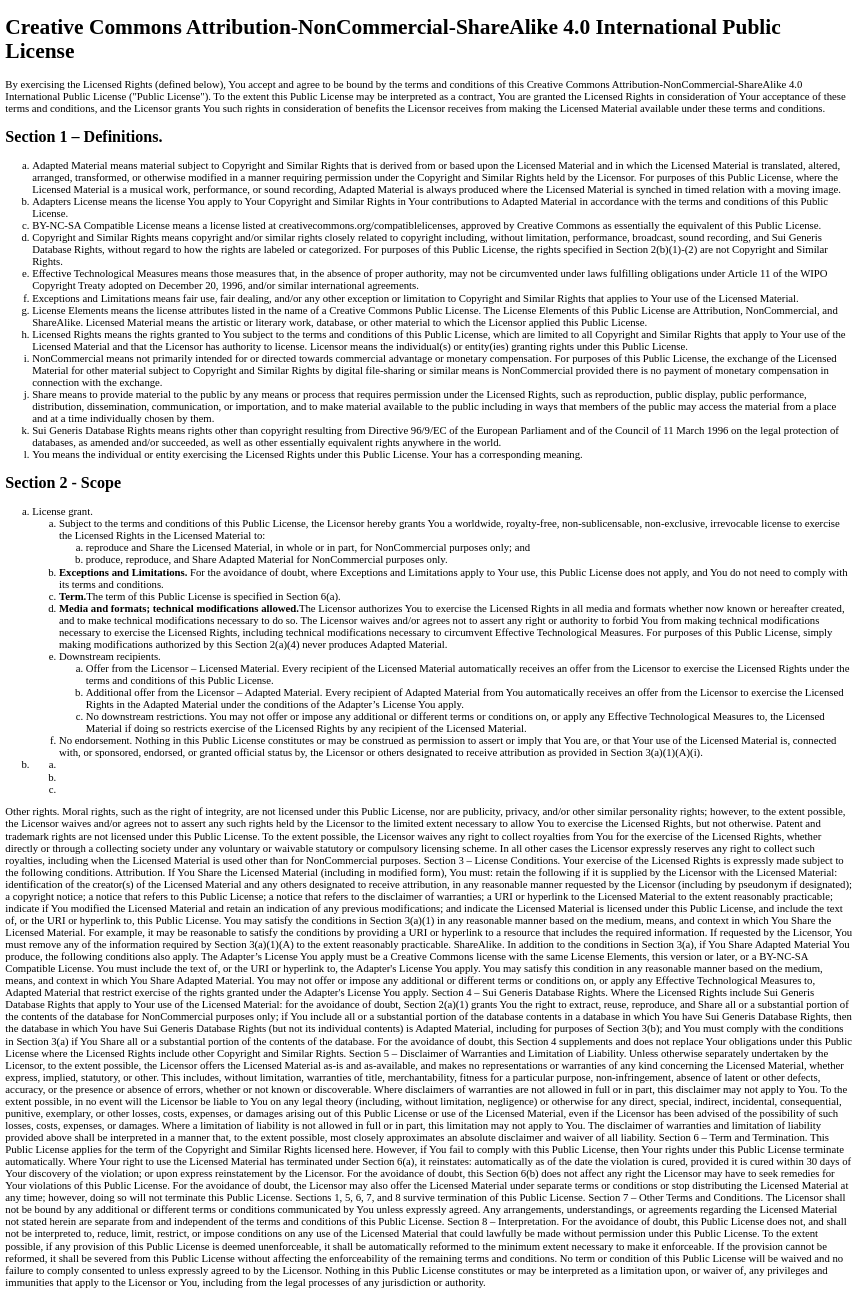
Repository: Team-Ikigami/Ascendance
Page: LICENSE-CC BY-NC-SA.html
These files come from the project's save history. The page is drawn as it stood at one moment and after the next save; the edit follows.
The browser window is 1280 px wide. The pictures show the whole page, at 67% of full size.

Above is the page before, as saved 2021-12-12 01:28:53.

### LICENSE-CC BY-NC-SA.html
<!DOCTYPE html>
<html lang="en">
<head>
	<meta charset="UTF-8">
	<meta http-equiv="X-UA-Compatible" content="IE=edge">
	<meta name="viewport" content="width=device-width, initial-scale=1.0">
	<title>LICENSE-CC BY-NC-SA</title>
	<style type="text/css">
		ol { list-style-type: lower-alpha; }
		#center { text-align: center; }
	</style>
</head>
<body>
	<h1 class="center">Creative Commons Attribution-NonCommercial-ShareAlike 4.0 International Public License</h1>
	<p>
		By exercising the Licensed Rights (defined below), You accept and agree to be bound by the terms and conditions of this Creative Commons Attribution-NonCommercial-ShareAlike 4.0 International Public License ("Public License"). To the extent this Public License may be interpreted as a contract, You are granted the Licensed Rights in consideration of Your acceptance of these terms and conditions, and the Licensor grants You such rights in consideration of benefits the Licensor receives from making the Licensed Material available under these terms and conditions.
	</p>
	<h2 class="center">Section 1 – Definitions.</h2>
	<ol>
		<li>
			Adapted Material means material subject to Copyright and Similar Rights that is derived from or based upon the Licensed Material and in which the Licensed Material is translated, altered, arranged, transformed, or otherwise modified in a manner requiring permission under the Copyright and Similar Rights held by the Licensor. For purposes of this Public License, where the Licensed Material is a musical work, performance, or sound recording, Adapted Material is always produced where the Licensed Material is synched in timed relation with a moving image.
		</li>
		<li>
			Adapters License means the license You apply to Your Copyright and Similar Rights in Your contributions to Adapted Material in accordance with the terms and conditions of this Public License.
		</li>
		<li>
			BY-NC-SA Compatible License means a license listed at creativecommons.org/compatiblelicenses, approved by Creative Commons as essentially the equivalent of this Public License.
		</li>
		<li>
			Copyright and Similar Rights means copyright and/or similar rights closely related to copyright including, without limitation, performance, broadcast, sound recording, and Sui Generis Database Rights, without regard to how the rights are labeled or categorized. For purposes of this Public License, the rights specified in Section 2(b)(1)-(2) are not Copyright and Similar Rights.
		</li>
		<li>
			Effective Technological Measures means those measures that, in the absence of proper authority, may not be circumvented under laws fulfilling obligations under Article 11 of the WIPO Copyright Treaty adopted on December 20, 1996, and/or similar international agreements.
		</li>
		<li>
			Exceptions and Limitations means fair use, fair dealing, and/or any other exception or limitation to Copyright and Similar Rights that applies to Your use of the Licensed Material.
		</li>
		<li>
			License Elements means the license attributes listed in the name of a Creative Commons Public License. The License Elements of this Public License are Attribution, NonCommercial, and ShareAlike.
			Licensed Material means the artistic or literary work, database, or other material to which the Licensor applied this Public License.
		</li>
		<li>
			Licensed Rights means the rights granted to You subject to the terms and conditions of this Public License, which are limited to all Copyright and Similar Rights that apply to Your use of the Licensed Material and that the Licensor has authority to license.
			Licensor means the individual(s) or entity(ies) granting rights under this Public License.
		</li>
		<li>
			NonCommercial means not primarily intended for or directed towards commercial advantage or monetary compensation. For purposes of this Public License, the exchange of the Licensed Material for other material subject to Copyright and Similar Rights by digital file-sharing or similar means is NonCommercial provided there is no payment of monetary compensation in connection with the exchange.
		</li>
		<li>
			Share means to provide material to the public by any means or process that requires permission under the Licensed Rights, such as reproduction, public display, public performance, distribution, dissemination, communication, or importation, and to make material available to the public including in ways that members of the public may access the material from a place and at a time individually chosen by them.
		</li>
		<li>
			Sui Generis Database Rights means rights other than copyright resulting from Directive 96/9/EC of the European Parliament and of the Council of 11 March 1996 on the legal protection of databases, as amended and/or succeeded, as well as other essentially equivalent rights anywhere in the world.
		</li>
		<li>
			You means the individual or entity exercising the Licensed Rights under this Public License. Your has a corresponding meaning.
		</li>
	</ol>
	<h2>Section 2 - Scope</h2>
	<ol>
		<li>License grant.
			<ol>
				<li>Subject to the terms and conditions of this Public License, the Licensor hereby grants You a worldwide, royalty-free, non-sublicensable, non-exclusive, irrevocable license to exercise the Licensed Rights in the Licensed Material to:
					<ol>
						<li>reproduce and Share the Licensed Material, in whole or in part, for NonCommercial purposes only; and</li>
						<li>produce, reproduce, and Share Adapted Material for NonCommercial purposes only.</li>
					</ol>
				</li>
				<li><b>Exceptions and Limitations.</b> For the avoidance of doubt, where Exceptions and Limitations apply to Your use, this Public License does not apply, and You do not need to comply with its terms and conditions.</li>
				<li><b>Term.</b>The term of this Public License is specified in Section 6(a).</li>
				<li><b>Media and formats; technical modifications allowed.</b>The Licensor authorizes You to exercise the Licensed Rights in all media and formats whether now known or hereafter created, and to make technical modifications necessary to do so. The Licensor waives and/or agrees not to assert any right or authority to forbid You from making technical modifications necessary to exercise the Licensed Rights, including technical modifications necessary to circumvent Effective Technological Measures. For purposes of this Public License, simply making modifications authorized by this Section 2(a)(4) never produces Adapted Material.</li>
				<li>
					Downstream recipients.
					<ol>
						<li>
							Offer from the Licensor – Licensed Material. Every recipient of the Licensed Material automatically receives an offer from the Licensor to exercise the Licensed Rights under the terms and conditions of this Public License.
						</li>
						<li>
							Additional offer from the Licensor – Adapted Material. Every recipient of Adapted Material from You automatically receives an offer from the Licensor to exercise the Licensed Rights in the Adapted Material under the conditions of the Adapter’s License You apply.
						</li>
						<li>
							No downstream restrictions. You may not offer or impose any additional or different terms or conditions on, or apply any Effective Technological Measures to, the Licensed Material if doing so restricts exercise of the Licensed Rights by any recipient of the Licensed Material.
						</li>
					</ol>
				</li>
				<li>
					No endorsement. Nothing in this Public License constitutes or may be construed as permission to assert or imply that You are, or that Your use of the Licensed Material is, connected with, or sponsored, endorsed, or granted official status by, the Licensor or others designated to receive attribution as provided in Section 3(a)(1)(A)(i).
				</li>
			</ol>
		</li>
		<li>
			<ol>
				<li></li>
				<li></li>
				<li></li>
			</ol>
		</li>
	</ol>
</body>
</html>
Other rights.

Moral rights, such as the right of integrity, are not licensed under this Public License, nor are publicity, privacy, and/or other similar personality rights; however, to the extent possible, the Licensor waives and/or agrees not to assert any such rights held by the Licensor to the limited extent necessary to allow You to exercise the Licensed Rights, but not otherwise.
Patent and trademark rights are not licensed under this Public License.
To the extent possible, the Licensor waives any right to collect royalties from You for the exercise of the Licensed Rights, whether directly or through a collecting society under any voluntary or waivable statutory or compulsory licensing scheme. In all other cases the Licensor expressly reserves any right to collect such royalties, including when the Licensed Material is used other than for NonCommercial purposes.
Section 3 – License Conditions.

Your exercise of the Licensed Rights is expressly made subject to the following conditions.

Attribution.

If You Share the Licensed Material (including in modified form), You must:

retain the following if it is supplied by the Licensor with the Licensed Material:
identification of the creator(s) of the Licensed Material and any others designated to receive attribution, in any reasonable manner requested by the Licensor (including by pseudonym if designated);
a copyright notice;
a notice that refers to this Public License;
a notice that refers to the disclaimer of warranties;
a URI or hyperlink to the Licensed Material to the extent reasonably practicable;
indicate if You modified the Licensed Material and retain an indication of any previous modifications; and
indicate the Licensed Material is licensed under this Public License, and include the text of, or the URI or hyperlink to, this Public License.
You may satisfy the conditions in Section 3(a)(1) in any reasonable manner based on the medium, means, and context in which You Share the Licensed Material. For example, it may be reasonable to satisfy the conditions by providing a URI or hyperlink to a resource that includes the required information.
If requested by the Licensor, You must remove any of the information required by Section 3(a)(1)(A) to the extent reasonably practicable.
ShareAlike.
In addition to the conditions in Section 3(a), if You Share Adapted Material You produce, the following conditions also apply.

The Adapter’s License You apply must be a Creative Commons license with the same License Elements, this version or later, or a BY-NC-SA Compatible License.
You must include the text of, or the URI or hyperlink to, the Adapter's License You apply. You may satisfy this condition in any reasonable manner based on the medium, means, and context in which You Share Adapted Material.
You may not offer or impose any additional or different terms or conditions on, or apply any Effective Technological Measures to, Adapted Material that restrict exercise of the rights granted under the Adapter's License You apply.
Section 4 – Sui Generis Database Rights.

Where the Licensed Rights include Sui Generis Database Rights that apply to Your use of the Licensed Material:

for the avoidance of doubt, Section 2(a)(1) grants You the right to extract, reuse, reproduce, and Share all or a substantial portion of the contents of the database for NonCommercial purposes only;
if You include all or a substantial portion of the database contents in a database in which You have Sui Generis Database Rights, then the database in which You have Sui Generis Database Rights (but not its individual contents) is Adapted Material, including for purposes of Section 3(b); and
You must comply with the conditions in Section 3(a) if You Share all or a substantial portion of the contents of the database.
For the avoidance of doubt, this Section 4 supplements and does not replace Your obligations under this Public License where the Licensed Rights include other Copyright and Similar Rights.
Section 5 – Disclaimer of Warranties and Limitation of Liability.

Unless otherwise separately undertaken by the Licensor, to the extent possible, the Licensor offers the Licensed Material as-is and as-available, and makes no representations or warranties of any kind concerning the Licensed Material, whether express, implied, statutory, or other. This includes, without limitation, warranties of title, merchantability, fitness for a particular purpose, non-infringement, absence of latent or other defects, accuracy, or the presence or absence of errors, whether or not known or discoverable. Where disclaimers of warranties are not allowed in full or in part, this disclaimer may not apply to You.
To the extent possible, in no event will the Licensor be liable to You on any legal theory (including, without limitation, negligence) or otherwise for any direct, special, indirect, incidental, consequential, punitive, exemplary, or other losses, costs, expenses, or damages arising out of this Public License or use of the Licensed Material, even if the Licensor has been advised of the possibility of such losses, costs, expenses, or damages. Where a limitation of liability is not allowed in full or in part, this limitation may not apply to You.
The disclaimer of warranties and limitation of liability provided above shall be interpreted in a manner that, to the extent possible, most closely approximates an absolute disclaimer and waiver of all liability.
Section 6 – Term and Termination.

This Public License applies for the term of the Copyright and Similar Rights licensed here. However, if You fail to comply with this Public License, then Your rights under this Public License terminate automatically.
Where Your right to use the Licensed Material has terminated under Section 6(a), it reinstates:

automatically as of the date the violation is cured, provided it is cured within 30 days of Your discovery of the violation; or
upon express reinstatement by the Licensor.
For the avoidance of doubt, this Section 6(b) does not affect any right the Licensor may have to seek remedies for Your violations of this Public License.
For the avoidance of doubt, the Licensor may also offer the Licensed Material under separate terms or conditions or stop distributing the Licensed Material at any time; however, doing so will not terminate this Public License.
Sections 1, 5, 6, 7, and 8 survive termination of this Public License.
Section 7 – Other Terms and Conditions.

The Licensor shall not be bound by any additional or different terms or conditions communicated by You unless expressly agreed.
Any arrangements, understandings, or agreements regarding the Licensed Material not stated herein are separate from and independent of the terms and conditions of this Public License.
Section 8 – Interpretation.

For the avoidance of doubt, this Public License does not, and shall not be interpreted to, reduce, limit, restrict, or impose conditions on any use of the Licensed Material that could lawfully be made without permission under this Public License.
To the extent possible, if any provision of this Public License is deemed unenforceable, it shall be automatically reformed to the minimum extent necessary to make it enforceable. If the provision cannot be reformed, it shall be severed from this Public License without affecting the enforceability of the remaining terms and conditions.
No term or condition of this Public License will be waived and no failure to comply consented to unless expressly agreed to by the Licensor.
Nothing in this Public License constitutes or may be interpreted as a limitation upon, or waiver of, any privileges and immunities that apply to the Licensor or You, including from the legal processes of any jurisdiction or authority.

After the next save:
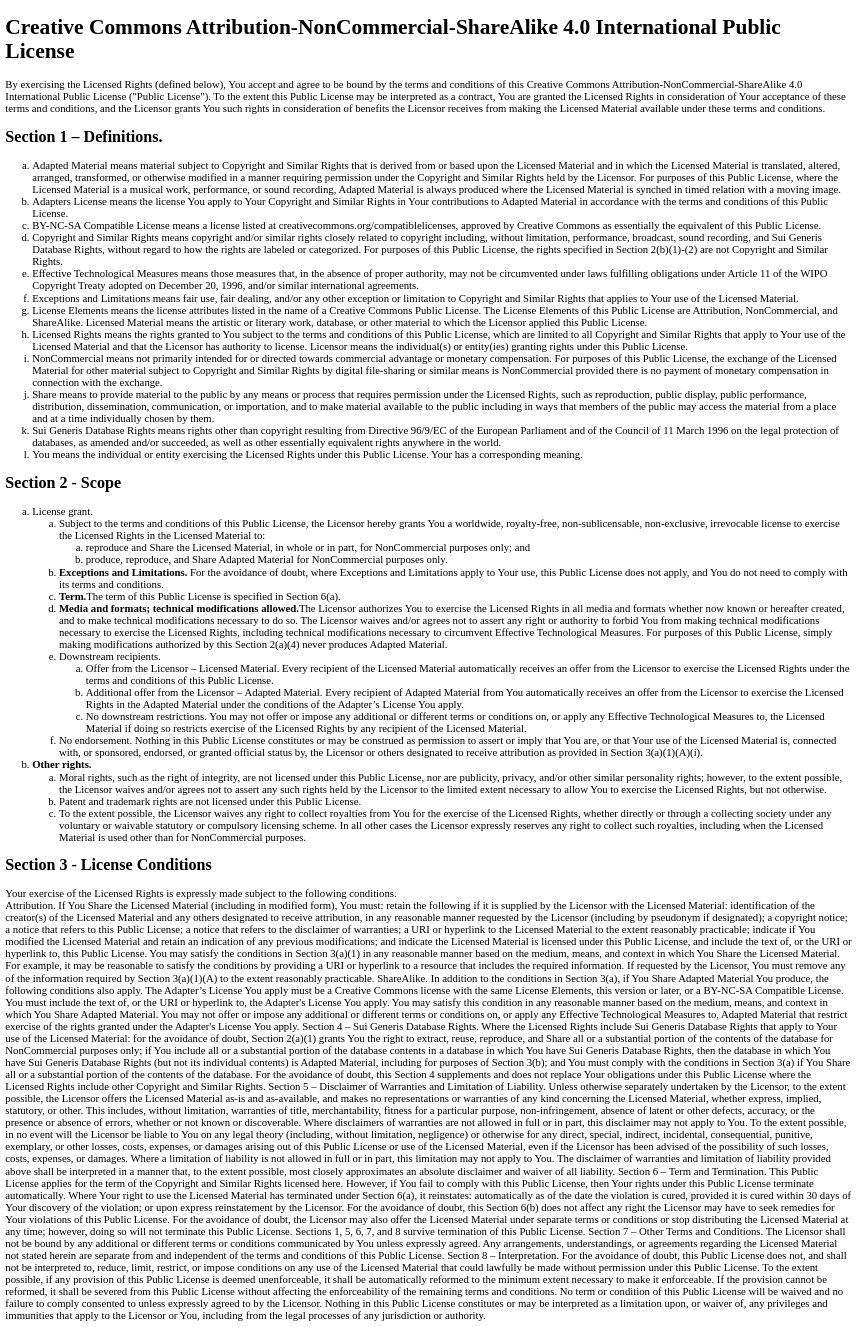
Saved 7 min 24 s later.
--- a/LICENSE-CC BY-NC-SA.html
+++ b/LICENSE-CC BY-NC-SA.html
@@ -69,43 +69,30 @@
 				<li><b>Exceptions and Limitations.</b> For the avoidance of doubt, where Exceptions and Limitations apply to Your use, this Public License does not apply, and You do not need to comply with its terms and conditions.</li>
 				<li><b>Term.</b>The term of this Public License is specified in Section 6(a).</li>
 				<li><b>Media and formats; technical modifications allowed.</b>The Licensor authorizes You to exercise the Licensed Rights in all media and formats whether now known or hereafter created, and to make technical modifications necessary to do so. The Licensor waives and/or agrees not to assert any right or authority to forbid You from making technical modifications necessary to exercise the Licensed Rights, including technical modifications necessary to circumvent Effective Technological Measures. For purposes of this Public License, simply making modifications authorized by this Section 2(a)(4) never produces Adapted Material.</li>
-				<li>
-					Downstream recipients.
+				<li>Downstream recipients.
 					<ol>
-						<li>
-							Offer from the Licensor – Licensed Material. Every recipient of the Licensed Material automatically receives an offer from the Licensor to exercise the Licensed Rights under the terms and conditions of this Public License.
-						</li>
-						<li>
-							Additional offer from the Licensor – Adapted Material. Every recipient of Adapted Material from You automatically receives an offer from the Licensor to exercise the Licensed Rights in the Adapted Material under the conditions of the Adapter’s License You apply.
-						</li>
-						<li>
-							No downstream restrictions. You may not offer or impose any additional or different terms or conditions on, or apply any Effective Technological Measures to, the Licensed Material if doing so restricts exercise of the Licensed Rights by any recipient of the Licensed Material.
-						</li>
+						<li>Offer from the Licensor – Licensed Material. Every recipient of the Licensed Material automatically receives an offer from the Licensor to exercise the Licensed Rights under the terms and conditions of this Public License.</li>
+						<li>Additional offer from the Licensor – Adapted Material. Every recipient of Adapted Material from You automatically receives an offer from the Licensor to exercise the Licensed Rights in the Adapted Material under the conditions of the Adapter’s License You apply.</li>
+						<li>No downstream restrictions. You may not offer or impose any additional or different terms or conditions on, or apply any Effective Technological Measures to, the Licensed Material if doing so restricts exercise of the Licensed Rights by any recipient of the Licensed Material.</li>
 					</ol>
 				</li>
-				<li>
-					No endorsement. Nothing in this Public License constitutes or may be construed as permission to assert or imply that You are, or that Your use of the Licensed Material is, connected with, or sponsored, endorsed, or granted official status by, the Licensor or others designated to receive attribution as provided in Section 3(a)(1)(A)(i).
-				</li>
+				<li>No endorsement. Nothing in this Public License constitutes or may be construed as permission to assert or imply that You are, or that Your use of the Licensed Material is, connected with, or sponsored, endorsed, or granted official status by, the Licensor or others designated to receive attribution as provided in Section 3(a)(1)(A)(i).</li>
 			</ol>
 		</li>
-		<li>
+		<li><b>Other rights.</b>
 			<ol>
-				<li></li>
-				<li></li>
-				<li></li>
+				<li>Moral rights, such as the right of integrity, are not licensed under this Public License, nor are publicity, privacy, and/or other similar personality rights; however, to the extent possible, the Licensor waives and/or agrees not to assert any such rights held by the Licensor to the limited extent necessary to allow You to exercise the Licensed Rights, but not otherwise.</li>
+				<li>Patent and trademark rights are not licensed under this Public License.</li>
+				<li>To the extent possible, the Licensor waives any right to collect royalties from You for the exercise of the Licensed Rights, whether directly or through a collecting society under any voluntary or waivable statutory or compulsory licensing scheme. In all other cases the Licensor expressly reserves any right to collect such royalties, including when the Licensed Material is used other than for NonCommercial purposes.</li>
 			</ol>
 		</li>
 	</ol>
+	<div>
+		<h2>Section 3 - License Conditions</h2>
+		Your exercise of the Licensed Rights is expressly made subject to the following conditions.
+	</div>
 </body>
 </html>
-Other rights.
-
-Moral rights, such as the right of integrity, are not licensed under this Public License, nor are publicity, privacy, and/or other similar personality rights; however, to the extent possible, the Licensor waives and/or agrees not to assert any such rights held by the Licensor to the limited extent necessary to allow You to exercise the Licensed Rights, but not otherwise.
-Patent and trademark rights are not licensed under this Public License.
-To the extent possible, the Licensor waives any right to collect royalties from You for the exercise of the Licensed Rights, whether directly or through a collecting society under any voluntary or waivable statutory or compulsory licensing scheme. In all other cases the Licensor expressly reserves any right to collect such royalties, including when the Licensed Material is used other than for NonCommercial purposes.
-Section 3 – License Conditions.
-
-Your exercise of the Licensed Rights is expressly made subject to the following conditions.
 
 Attribution.
 
